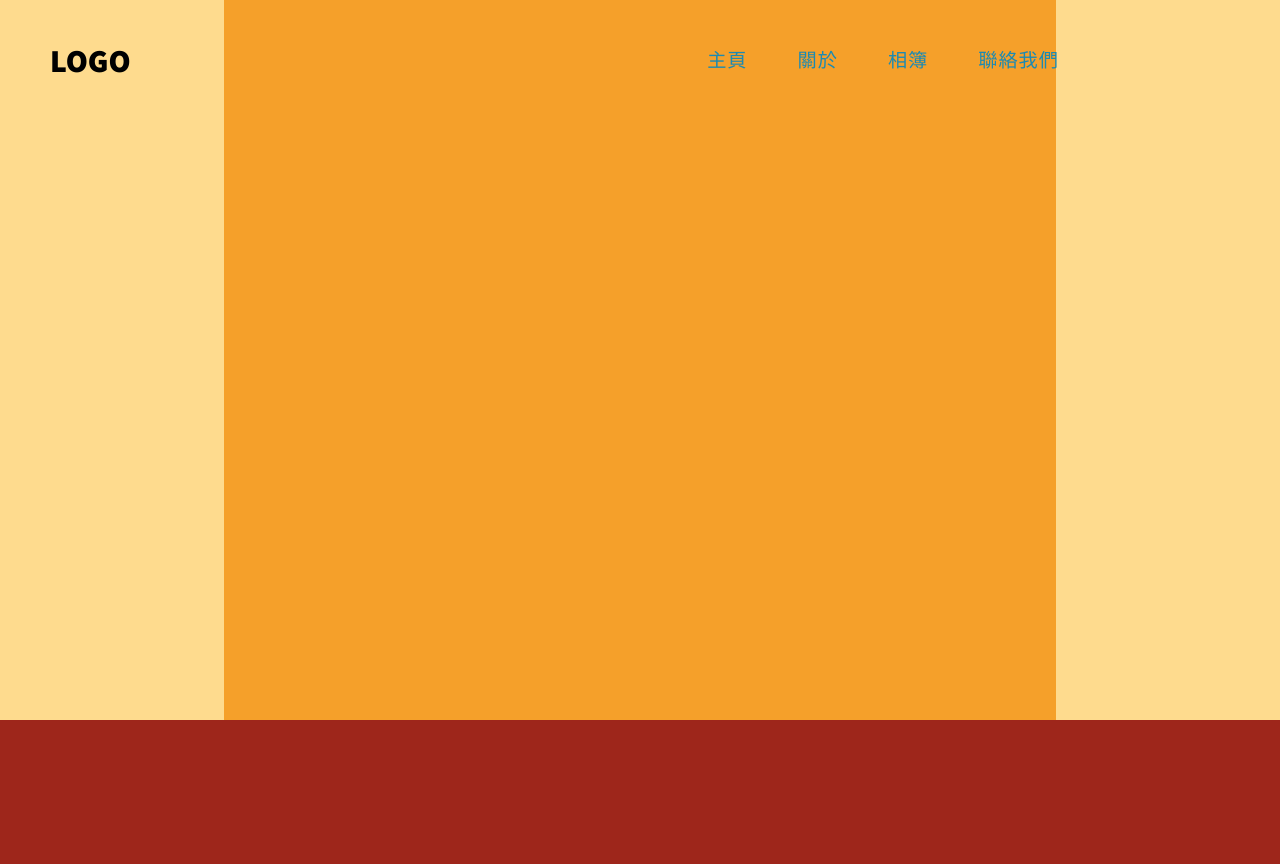
Repository: KevinYu0515/guanghui-food-website
Page: /
These files come from the project's save history. The page is drawn as it stood at one moment and after the next save; the edit follows.
The browser window is 1280 px wide. The pictures show the whole page.
The project was rebuilt for these pictures with package versions that can differ from the ones it lists, and the page was loaded fresh each time. Also part of the build but not shown: vue.config.js.

Above is the page before, as saved 2022-03-17 14:45:08.

### src/App.vue
<template>
  <div class="app">
    <Navbar></Navbar>
      <router-view/>
    <Footer></Footer>
  </div>
</template>

<script>
import Navbar from './components/Navbar.vue';
import Footer from './components/Footer.vue';
export default {
  name:"App",
  components:{
    Navbar,
    Footer
  }
}
</script>

<style lang="scss">
@import url('https://fonts.googleapis.com/css2?family=Assistant:wght@800&family=Quicksand&family=Ubuntu&display=swap');
* {
  font-family: 'Assistant', Helvetica, Arial, sans-serif;
  background-color: #FEDB8E;
  justify-content: center;
  align-items: center;
  margin:0;
}
</style>

### src/router/index.js
import { createRouter, createWebHistory } from 'vue-router'
import Home from '../views/Home.vue'

const routes = [
  {
    path: '/',
    name: 'Home',
    component: Home
  },
  {
    path: '/home',
    component: Home
  },
  {
    path: '/about',
    name: 'About',
    component: Home
  },
  {
    path: '/picture',
    name: 'Picture',
    component: Home
  },
  {
    path: '/contact',
    name: 'Contact',
    component: Home
  }
]

const router = createRouter({
  history: createWebHistory(process.env.BASE_URL),
  routes
})

export default router

### src/components/Navbar.vue
<template>
    <div id="header">
      <router-link to="/" class="logo">Logo</router-link>
      <ul>
          <li><router-link to="/home">主頁</router-link> </li>
          <li><router-link to="/about">關於</router-link> </li>
          <li><router-link to="/picture">相簿</router-link> </li>
          <li><router-link to="/contact">聯絡我們</router-link> </li>
      </ul>
    </div>
</template>

<script>
export default {
  name: 'Navbar',
}
</script>

<!-- Add "scoped" attribute to limit CSS to this component only -->
<style scoped lang="scss">
@import "@/assets/scss/navbar.scss";
</style>

### src/components/Footer.vue
<template>
  <div class="footer">
  </div>
</template>

<script>
export default {
 name:'Footer',
}
</script>

<style>
.footer{
    background:#9E261B;
    height:20vh;
    width: 100%;
}
</style>

### src/views/Home.vue
<template>
  <div class='home'>
  </div>
</template>

<script>

export default {
  name: 'Home',
}
</script>

<style lang="scss" scoped>
.home{
  margin: 0 auto 0 auto;
  background: #F5A02A;
  width: 65%;
  height: 100vh;
}
.home_picture{
  height:80%;
  width:80%;
}
</style>

### src/assets/scss/navbar.scss

#header{
    position: fixed;
    top: 0;
    left:0;
    width:80%;
    height: 80px;
    padding: 20px 100px 0px 50px;
    display: flex;
    justify-content: space-between;
    align-items: center;
    background: none;
    .logo{
      color:rgb(0, 0, 0);
      font-weight: 700;
      text-decoration: none;
      font-size:2em;
      text-transform: uppercase;
      background: none;
    }
    ul{
      display: flex;
      justify-content: center;
      align-items: center;
      background: none;
      li{
        list-style: none;
        margin-left: 20px;
        background: none;
        a{
            color:rgb(27, 138, 179);
            background: none;
            height:50px;
            line-height: 50px;
            display: inline-block;
            text-decoration: none;
            font-size: 1.2em;
            padding: 0 15px;
            letter-spacing: 1px;
            cursor: pointer;
            &:hover{
                color:aliceblue;
                border-radius: 20px;
                background-color: #AF3314;
            }
          }
          a.router-link-exact-active{
              color: #e73727;
          }
        }
      }
  }

Loaded but not shown: public/index.html (common file); src/main.js (common file)

After the next save:
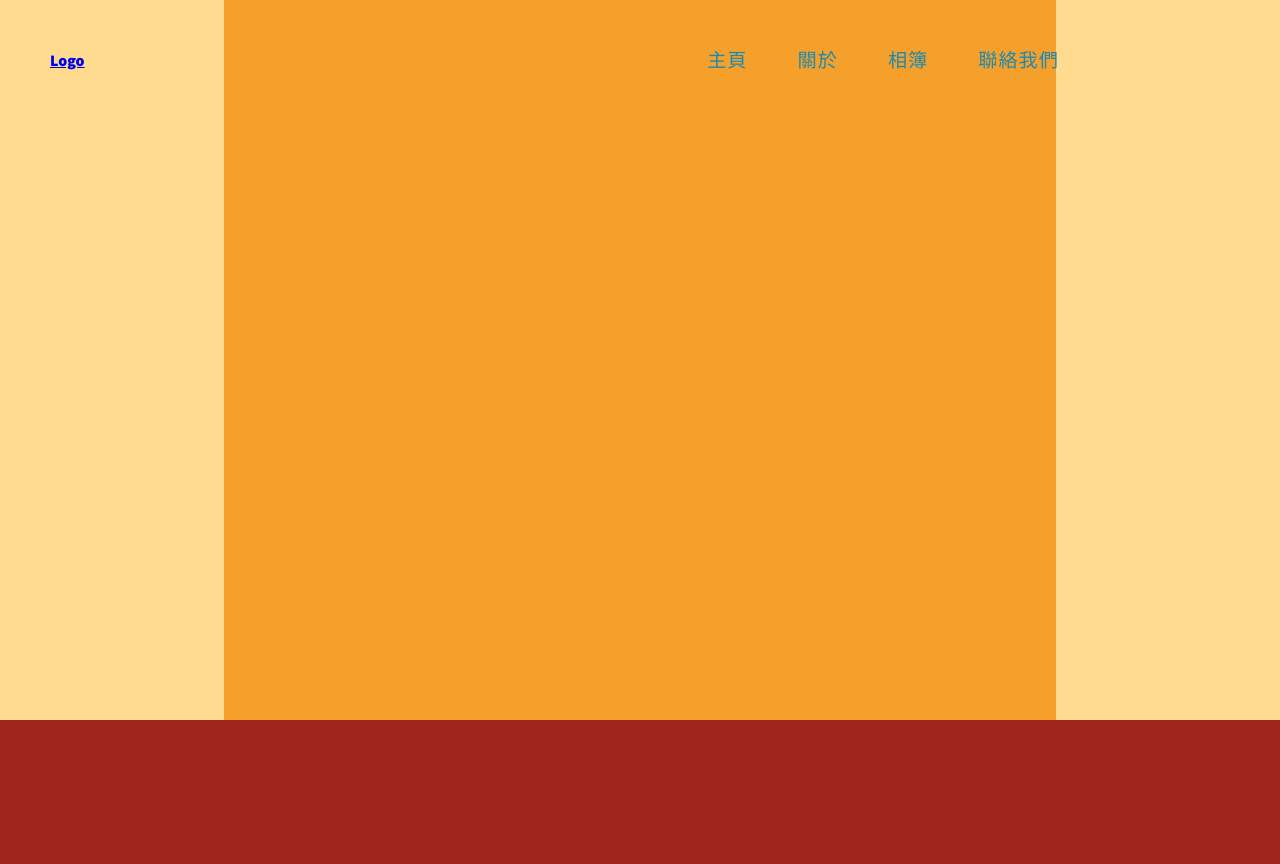
Saved 28 s later.
--- a/src/assets/scss/navbar.scss
+++ b/src/assets/scss/navbar.scss
@@ -10,6 +10,7 @@
     justify-content: space-between;
     align-items: center;
     background: none;
+    ma
     .logo{
       color:rgb(0, 0, 0);
       font-weight: 700;

After the 2 saves that followed:
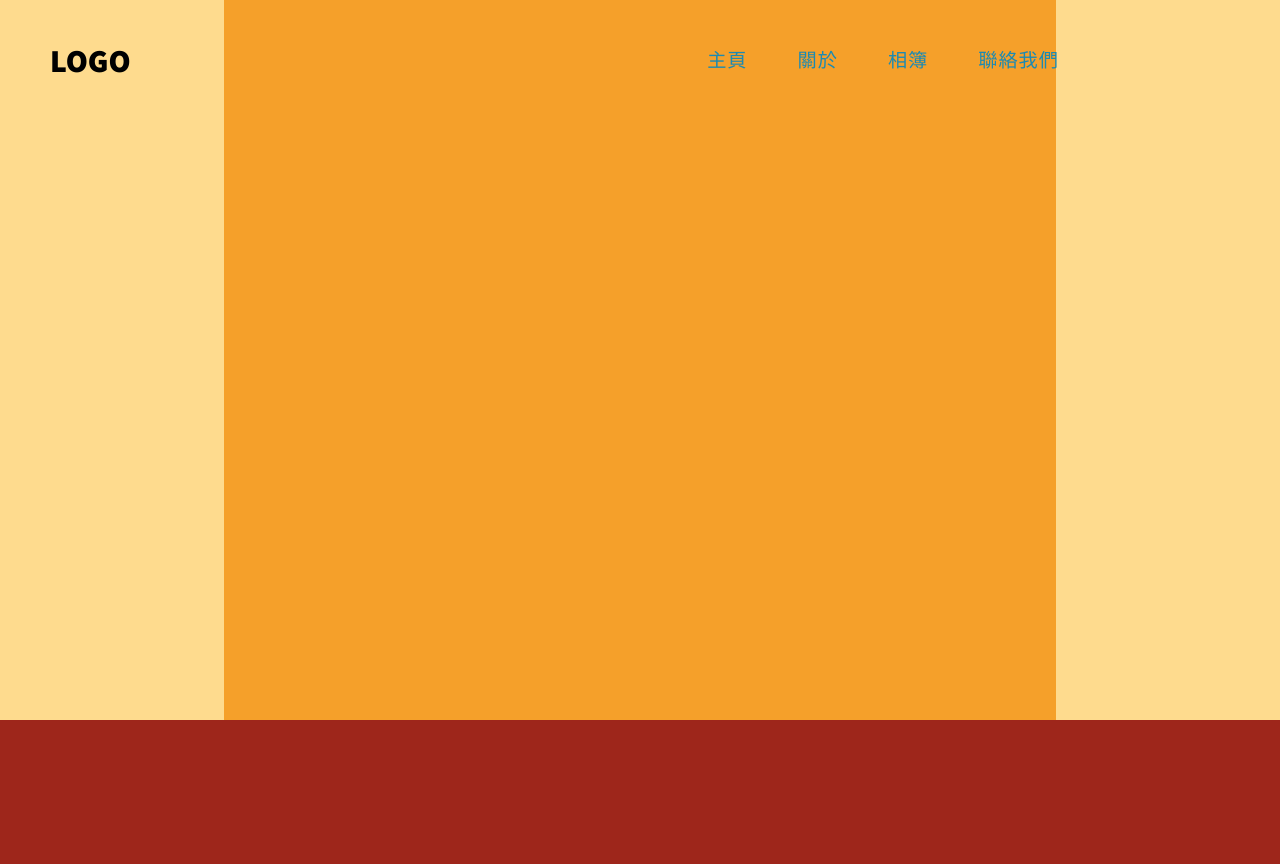
The 2 saves are shown as one change because 1 did not build or start.
The last was saved 11 s later.
--- a/src/assets/scss/navbar.scss
+++ b/src/assets/scss/navbar.scss
@@ -10,7 +10,7 @@
     justify-content: space-between;
     align-items: center;
     background: none;
-    ma
+    margin:0 auto 0 auto;
     .logo{
       color:rgb(0, 0, 0);
       font-weight: 700;
